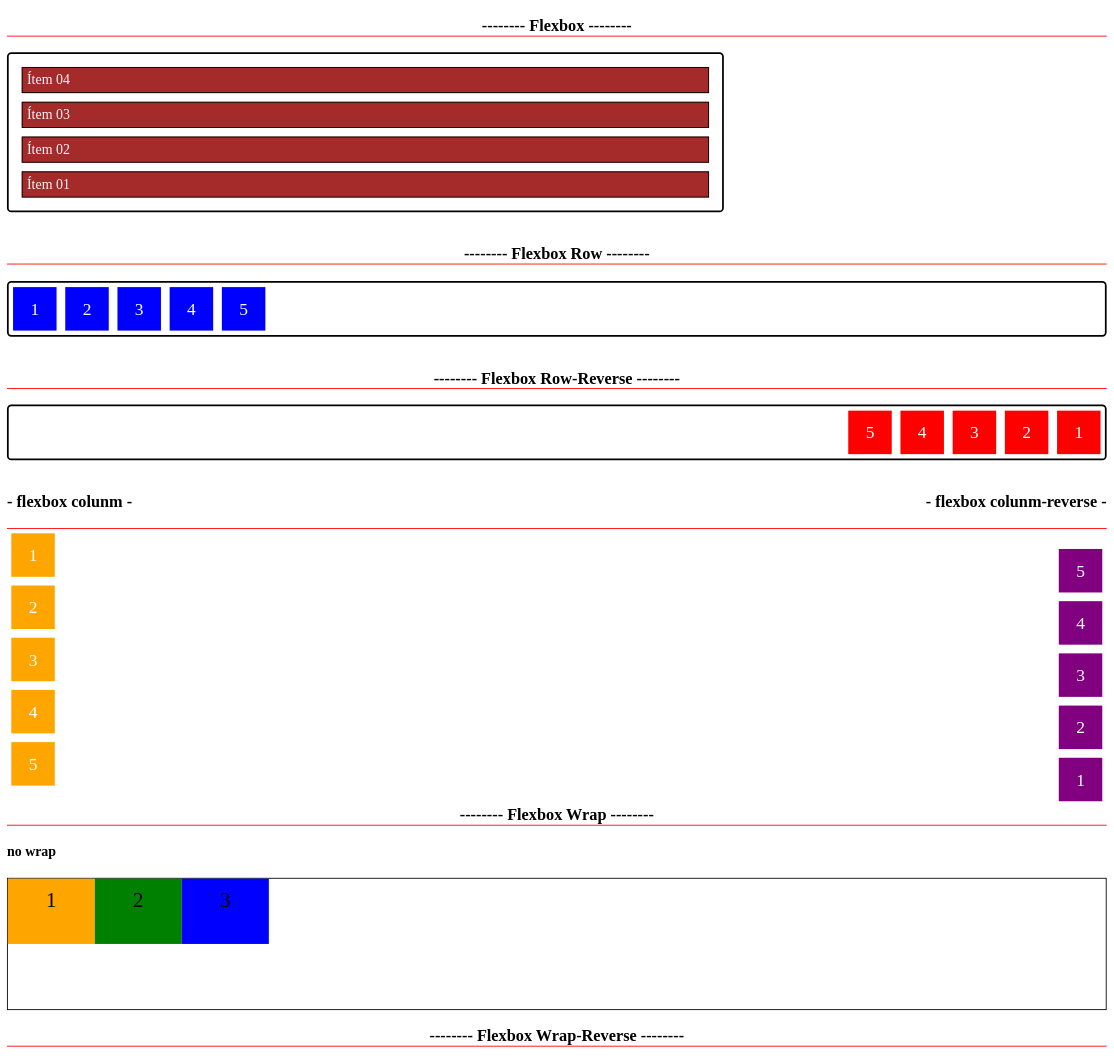
Repository: ozielms/flexbox
Page: outros/flexbox-master/index.html
These files come from the project's save history. The page is drawn as it stood at one moment and after the next save; the edit follows.
The browser window is 1280 px wide. The pictures show the whole page, at 87% of full size.

Above is the page before, as saved 2022-04-26 00:28:44.

### outros/flexbox-master/index.html
<!DOCTYPE html>
<html lang="en">

<head>
    <meta charset="UTF-8">
    <meta http-equiv="X-UA-Compatible" content="IE=edge">
    <meta name="viewport" content="width=device-width, initial-scale=1.0">
    <title>Flexbox</title>

    <link rel="stylesheet" href="css/estilo.css">
</head>

<body>

    <h3 class="titulo">-------- flexbox --------</h3>
    <div class="pai">
        <div class="filho filho1">Ítem 01</div>
        <div class="filho filho2">Ítem 02</div>
        <div class="filho filho3">Ítem 03</div>
        <div class="filho filho4">Ítem 04</div>
    </div>

    <br>

    <h3 class="titulo">-------- flexbox row --------</h3>
    <ul class="flex-container row">
        <li class="flex-item">1</li>
        <li class="flex-item">2</li>
        <li class="flex-item">3</li>
        <li class="flex-item">4</li>
        <li class="flex-item">5</li>
    </ul>

    <br>

    <h3 class="titulo">-------- flexbox row-reverse --------</h3>
    <ul class="flex-container row-reverse">
        <li class="flex-item">1</li>
        <li class="flex-item">2</li>
        <li class="flex-item">3</li>
        <li class="flex-item">4</li>
        <li class="flex-item">5</li>
    </ul>

    <br>

    <div class="titulo-flex">
        <div>
            <h3>- flexbox colunm -</h3>
        </div>
        <div class="titulo-colunm-reverse">
            <h3>- flexbox colunm-reverse -</h3>
        </div>
    </div>

    <ul class="flex-container colunm">
        <li class="flex-item">1</li>
        <li class="flex-item">2</li>
        <li class="flex-item">3</li>
        <li class="flex-item">4</li>
        <li class="flex-item">5</li>
    </ul>

    <br>

    <ul class="flex-container colunm-reverse">
        <li class="flex-item">1</li>
        <li class="flex-item">2</li>
        <li class="flex-item">3</li>
        <li class="flex-item">4</li>
        <li class="flex-item">5</li>
    </ul>

    <br>

    <h3 class="titulo" style="clear: both;">-------- flexbox wrap --------</h3>
    <h4>no wrap</h4>

    <div class="flex-container-wrap">
        <div class="item orange">1</div>
        <div class="item green">2</div>
        <div class="item blue">3</div>
    </div>


    <h3 class="titulo">-------- flexbox wrap-reverse --------</h3>


</body>

</html>

### outros/flexbox-master/css/estilo.css
.titulo {
    text-align: center;
    text-transform: capitalize;
    border-bottom: 1px solid red;
}

.titulo-flex {
    display: flex;
    border-bottom: 1px solid red;
}

.titulo-colunm-reverse {
    margin-left: auto;
}


/* -------- FLEXBOX -------- */

.pai {
    max-width: 800px;
    padding: 10px;
    border: 2px solid black;
    border-radius: 5px;
    /* FLEXBOX */
    display: flex;
    flex-direction: column-reverse;
}

.filho {
    background-color: brown;
    color: aliceblue;
    padding: 5px;
    border: 1px solid black;
    margin: 5px;
}


/* -------- FLEXBOX - FLEX CONTAINER -------- */

.flex-container {
    margin: 0;
    padding: 0;
    display: flex;
    list-style: none;
}

.flex-item {
    background: blue;
    height: 50px;
    width: 50px;
    line-height: 50px;
    font-size: 20px;
    color: white;
    text-align: center;
    margin: 5px;
}


/* -------- FLEXBOX - FLEX ROW -------- */

.row {
    border: 2px solid black;
    border-radius: 5px;
    flex-direction: row;
}

.row-reverse {
    border: 2px solid black;
    border-radius: 5px;
    flex-direction: row-reverse;
}

.row-reverse li {
    background-color: red;
}


/* -------- FLEXBOX - FLEX COLUNM -------- */

.colunm {
    float: left;
    flex-direction: column;
}

.colunm li {
    background-color: orange;
}

.colunm-reverse {
    float: right;
    flex-direction: column-reverse;
}

.colunm-reverse li {
    background-color: purple;
}


/* -------- FLEXBOX - FLEX WRAP -------- */

.flex-container-wrap {
    display: flex;
    height: 150px;
    border: 1px solid black;
}

.item {
    font-size: 24px;
    height: 50%;
    text-align: center;
    width: 100px;
    line-height: 50px;
}

.nowrap {
    flex-wrap: nowrap;
}

.blue {
    background-color: blue;
}

.green {
    background-color: green;
}

.orange {
    background-color: orange;
}

After the next save:
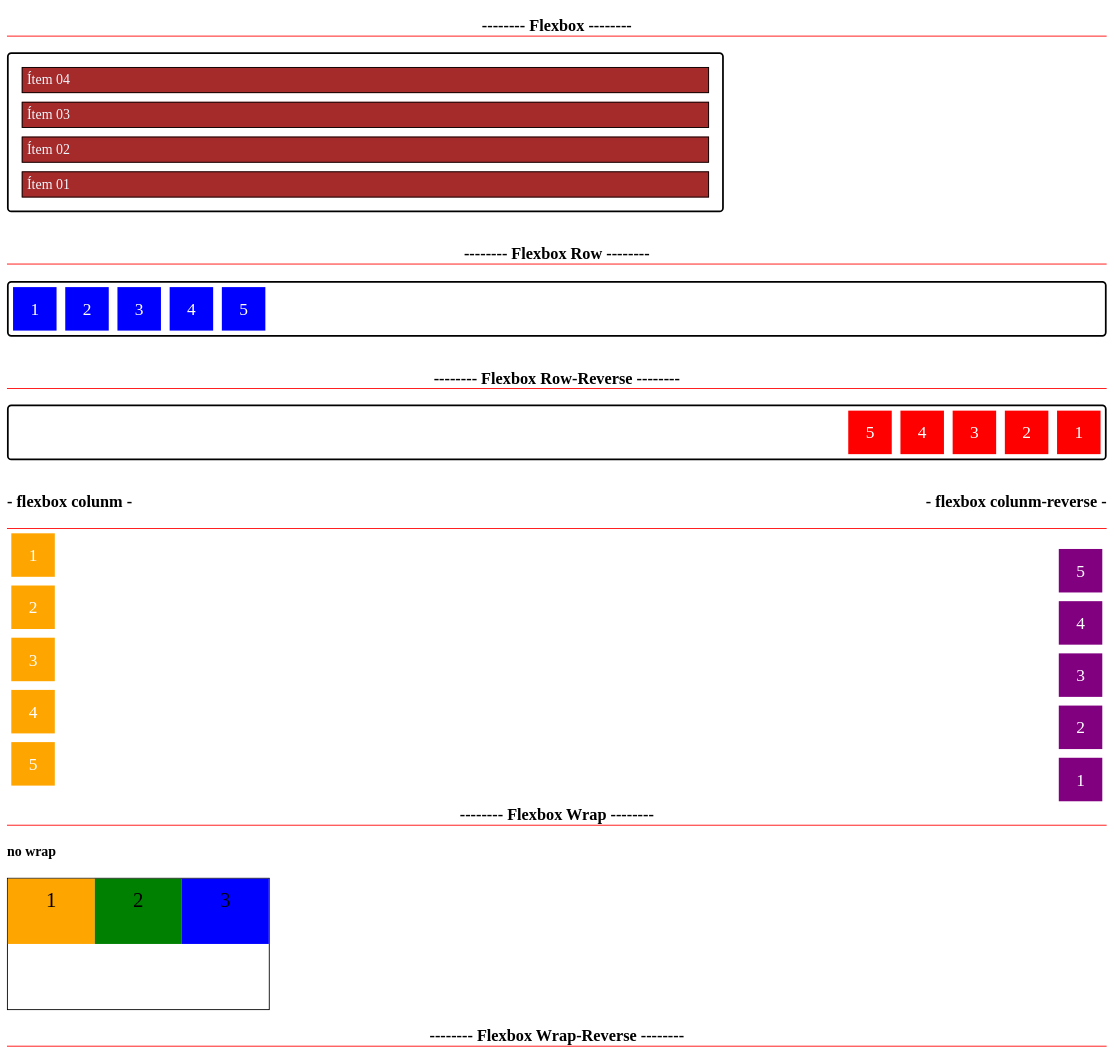
Saved 33 s later.
--- a/outros/flexbox-master/css/estilo.css
+++ b/outros/flexbox-master/css/estilo.css
@@ -102,6 +102,7 @@
     display: flex;
     height: 150px;
     border: 1px solid black;
+    max-width: 300px;
 }
 
 .item {
